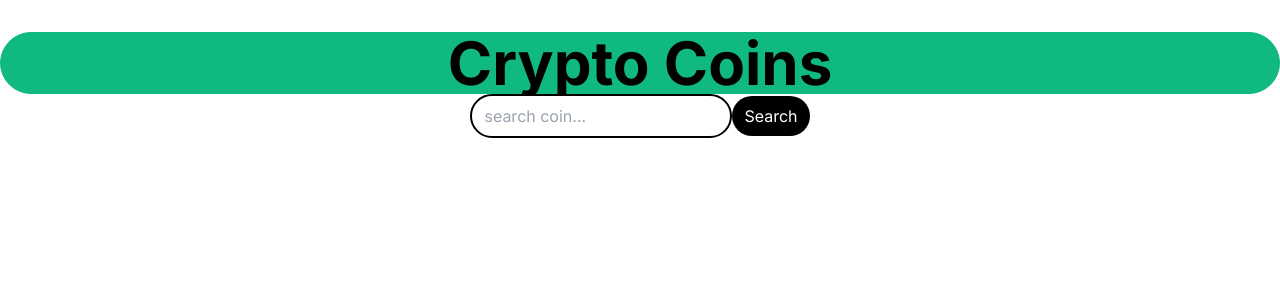
Repository: bittu-Patel/coins
Page: /
These files come from the project's save history. The page is drawn as it stood at one moment and after the next save; the edit follows.
The browser window is 1280 px wide. The pictures show the whole page.
The page's requests for data from a server got no answer. The project was rebuilt for these pictures with package versions that can differ from the ones it lists, and the page was loaded fresh each time. The framework's server and built-in components were replaced by stand-ins that run in the browser. No one was signed in, and anything a server would have sent is missing. Also part of the build but not shown: next.config.js.

Above is the page before, as saved 2023-12-18 16:39:29.

After the next save:
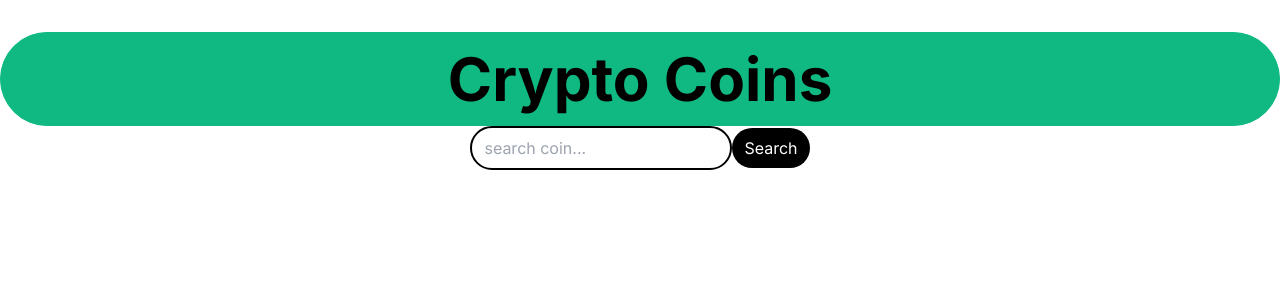
Saved 9 s later.
--- a/app/page.js
+++ b/app/page.js
@@ -21,7 +21,7 @@ useEffect(() => {
 
   return (
    <div className="text-center">
-<h1 className="font-bold text-6xl mt-8  border border-emerald-500 bg-emerald-500 rounded-full">Crypto Coins</h1>
+<h1 className="font-bold text-6xl mt-8 py-4 border border-emerald-500 bg-emerald-500 rounded-full">Crypto Coins</h1>
 
 <SearchCoins getSearchResults={(results) => SetCoins(results)}  />
 <Coins coins={coins} />
